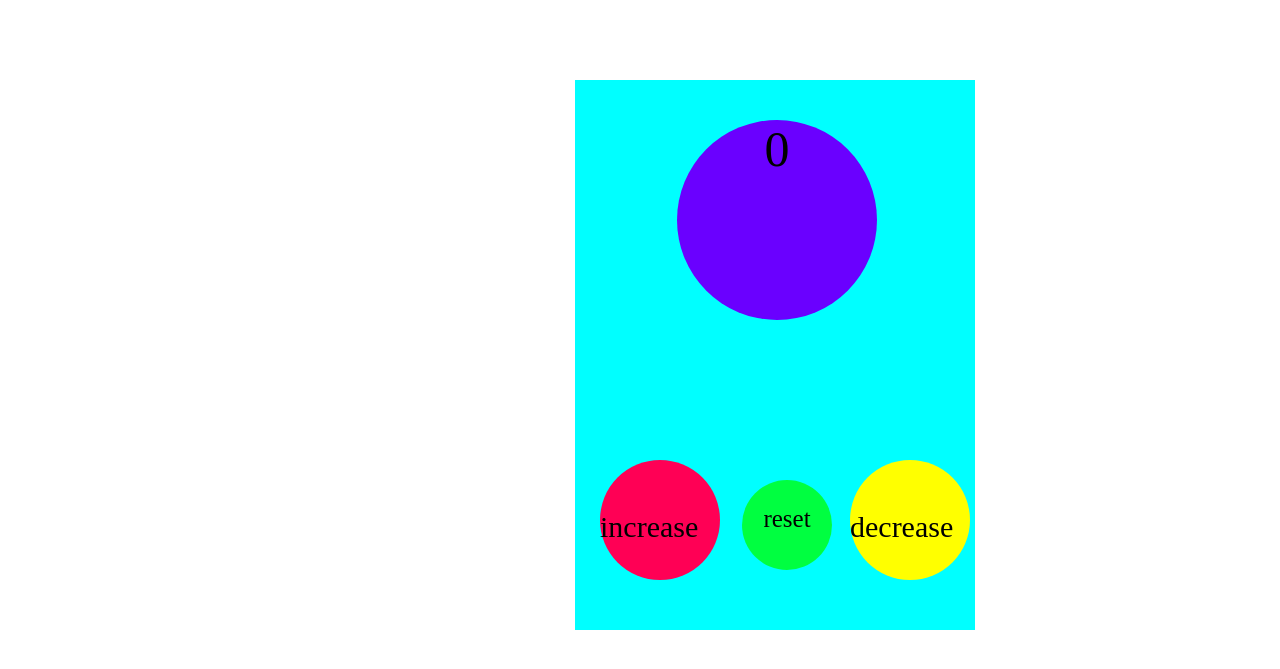
Repository: sara55m/Counter_App
Page: index.html
The author's editor kept a copy of each file at every save. The page is drawn from the files as they stood at one save, then again after the next save.
The browser window is 1280 px wide. The pictures show the whole page.

Above is the page before, as saved 2024-07-30 03:46:18.

### index.html
<!DOCTYPE html>
<html lang="en">
<head>
    <meta charset="UTF-8">
    <meta name="viewport" content="width=device-width, initial-scale=1.0">
    <title>Document</title>
    <link rel="stylesheet" href="css/style.css">
</head>
<body>
    <div class="container">
        <div class="main" id="main"></div>
        <div class="increase" id="increase" onclick="increase()"><p class="first">increase</p></div>
        <div class="decrease" id="decrease" onclick="decrease()"><p class="second">decrease</p></div>
        <div class="reset" onclick="reset_1()"><p class="third">reset</p></div>
    </div>
    <script src="js/script.js"></script>
</body>
</html>

### css/style.css
.container{
    position: absolute;
    top:80px;
    left:575px;
    height:550px;
    width:400px;
    background-color: aqua;
}

.main{
    position:absolute;
    top:40px;
    left:102px;
    height:200px;
    width:200px;
    border-radius: 50%;
    background-color: rgb(106, 0, 255);
    text-align: center;
    font-size: 50px;
}

.increase{
    position:absolute;
    top:380px;
    left:25px;
    height:120px;
    width:120px;
    border-radius: 50%;
    background-color: rgb(255, 0, 85);
    text-align: center;
    font-size: 50px;
}
p.first,p.second{
    position:absolute;
    top:20px;
    font-size: 30px;;
}

.decrease{
    position:absolute;
    top:380px;
    left:275px;
    height:120px;
    width:120px;
    border-radius: 50%;
    background-color:yellow;
    text-align: center;
    font-size: 50px;
}

.reset{
    position:absolute;
    top:400px;
    left:167px;
    height:90px;
    width:90px;
    border-radius: 50%;
    background-color: rgb(0, 255, 64);
    text-align: center;
    font-size: 50px;
}

p.third{
    font-size: 25px;;
}

### js/script.js
let count=0;
document.getElementById("main").innerHTML=count;
function increase(){
    count+=1;
    document.getElementById("main").innerHTML=count;
}


function decrease(){
    count-=1;
    document.getElementById("main").innerHTML=count;

}

function reset_1(){
    let count=0;
    let x=document.getElementById("main").innerHTML=count;

}

After the next save:
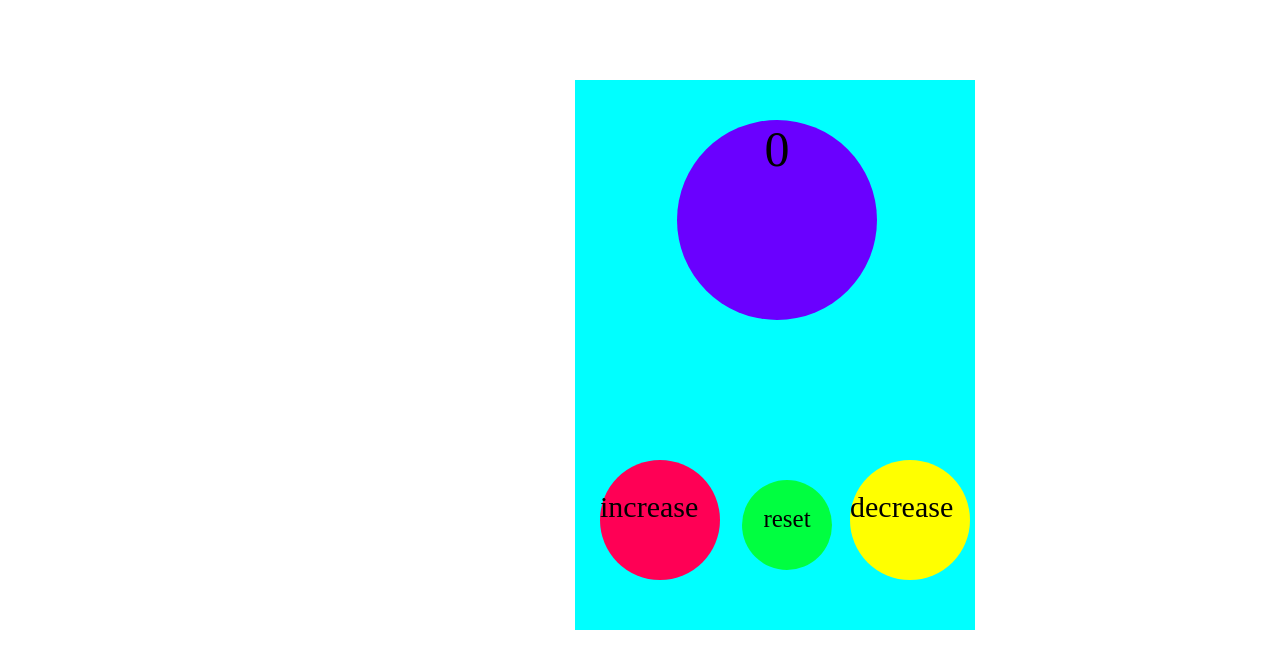
Saved 27 s later.
--- a/css/style.css
+++ b/css/style.css
@@ -32,7 +32,6 @@
 }
 p.first,p.second{
     position:absolute;
-    top:20px;
     font-size: 30px;;
 }
 
